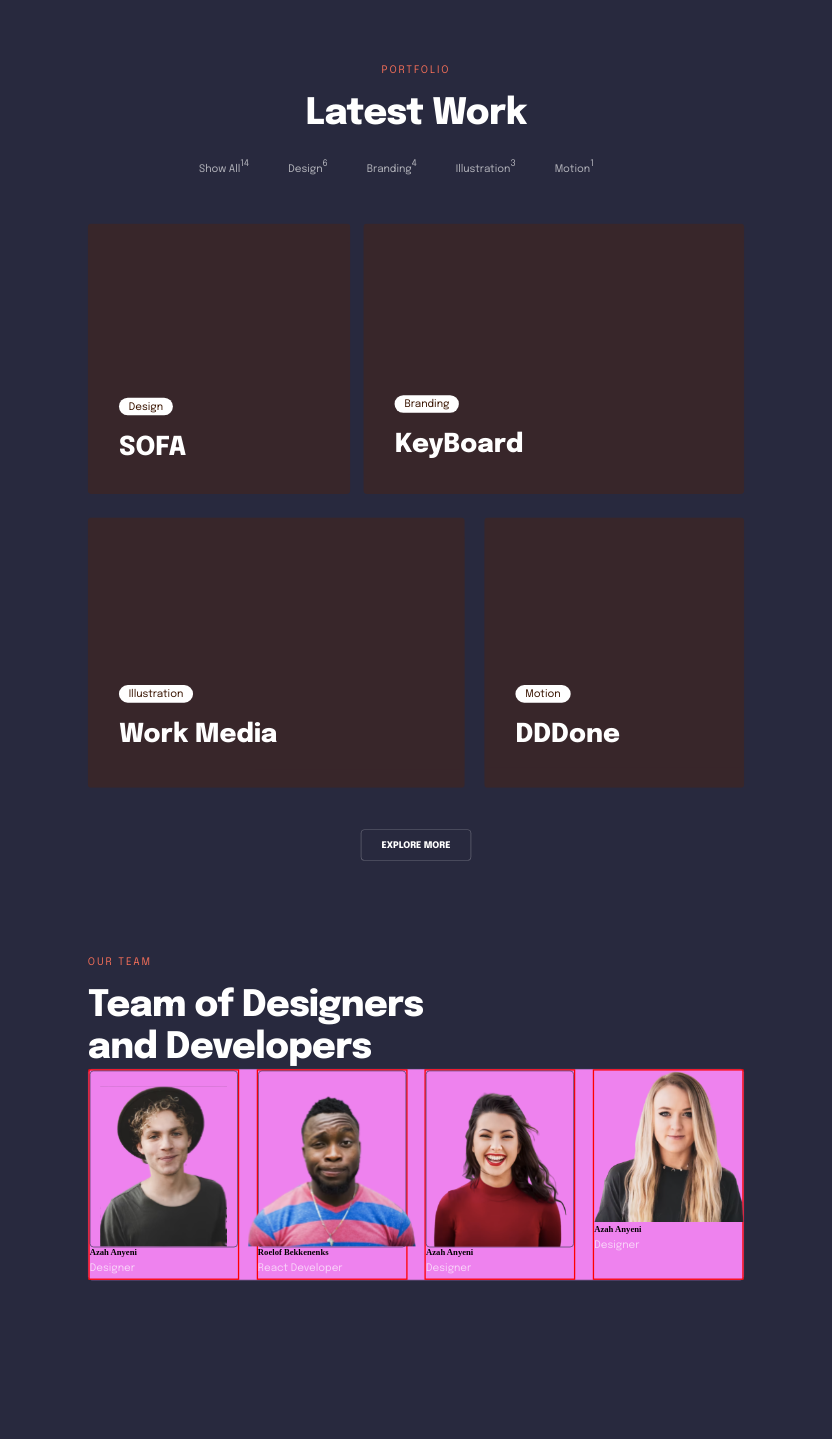
Repository: FidanXankishiyeva/figma-positions-task
Page: index.html
These files come from the project's save history. The page is drawn as it stood at one moment and after a run of saves; the edit follows.
The browser window is 1280 px wide. The pictures show the whole page, at 65% of full size.

Above is the page before, as saved 2023-08-10 13:48:46.

After the next 2 saves:
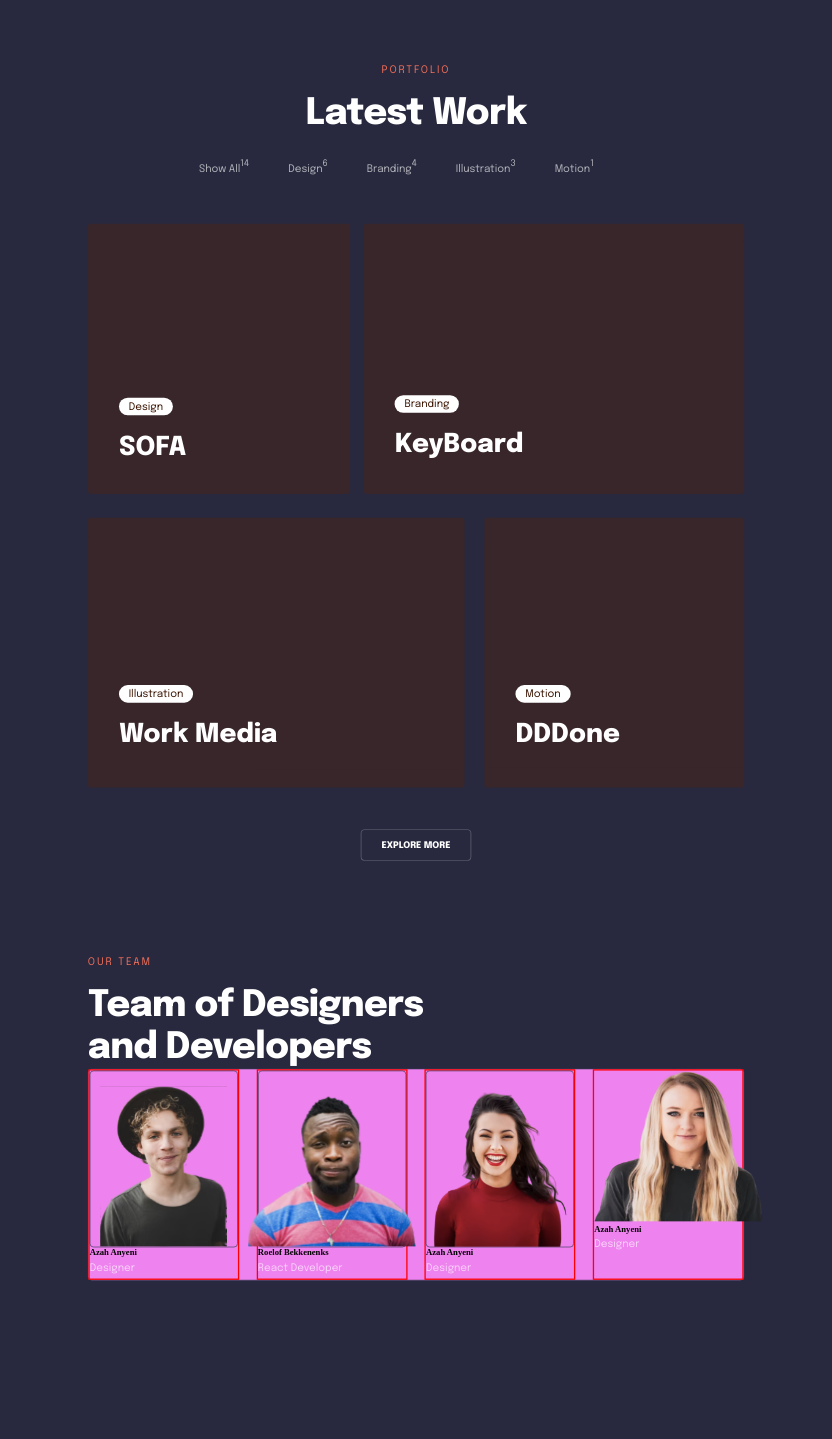
The 2 saves are shown as one change because they came seconds apart.
The last was saved 7 s later.
--- a/index.css
+++ b/index.css
@@ -305,6 +305,13 @@ button {
   height: 232px;
 }
 
+.team-person ul li:nth-child(4) img {
+    width: 259px;
+    height: 232px;
+  }.team-person ul li:nth-child(2) img {
+    width: 259px;
+    height: 232px;
+  }
 width: 205px;
 height: 238px;
 .team-person h5 {
